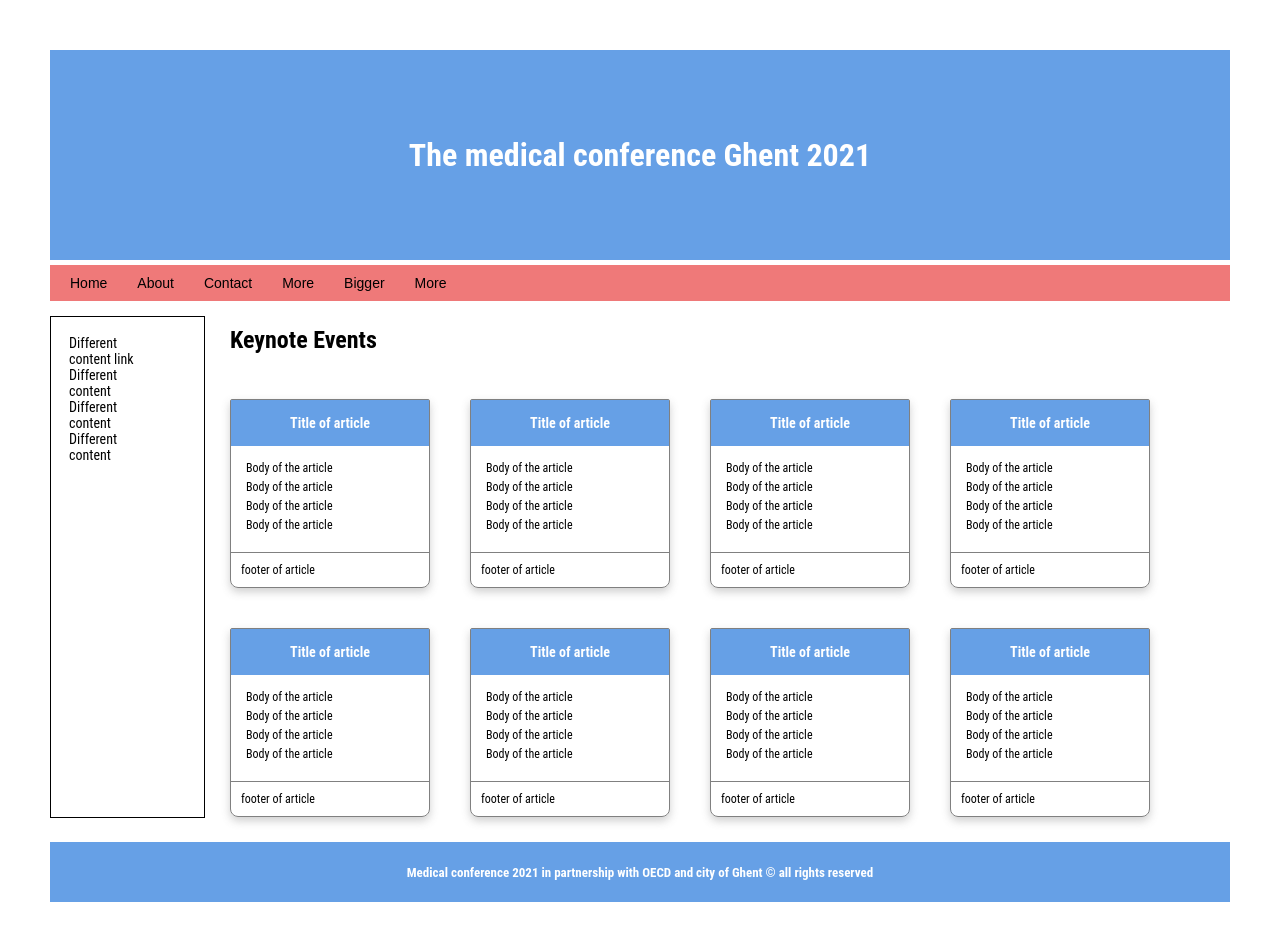
Repository: balderb/freestyle_pp_assessment
Page: index.html
An editor plug-in stored every save of this project. The page is shown before and after the next save, followed by the edit.
The browser window is 1280 px wide. The pictures show the whole page.

Above is the page before, as saved 2020-12-14 17:46:37.

### index.html
<!DOCTYPE html>
<html>

<head>
  <meta name="viewport" content="width=device-width, initial-scale=1" />
  <title>Medical conference</title>
  <link rel="icon" href="./img/shield.png">
  <link rel="stylesheet" href="css/base.css">
  <link rel="stylesheet" href="css/main.css">
  <!-- Remove this line for offline development: -->
  <link href="https://fonts.googleapis.com/css?family=Ubuntu:300" rel="stylesheet">
</head>

<body>
  <div class="grid">
    <header class="header">
      <h1>The medical conference Ghent 2021</h1>
    </header>
    <nav class="main-nav">
      <ul>
        <li><a href="#">Home</a></li>
        <li><a href="#"> About</a></li>
        <li><a href="#"> Contact</a></li>
        <li><a href="#"> More</a></li>
        <li><a href="#"> Bigger</a></li>
        <li><a href="#"> More</a></li>
      </ul>
    </nav>
    <aside class="sidebar">
      <p>Different</p>
      <p>content link</p>
      <p>Different</p>
      <p>content</p>
      <p>Different</p>
      <p>content</p>
      <p>Different</p>
      <p>content</p>
    </aside>
    <footer class="footer">
      <h4>Medical conference 2021 in partnership with OECD and city of Ghent &copy all rights reserved</h4>
    </footer>
    <!-- subgrid/flex html design -->
    <div class="content-title">
      <h2>Keynote Events</h2>
    </div>
    <main class="content">
      <div class="subgrid">
        <div class="card">
          <h3 class="card-title">Title of article</h3>
          <div class="card-body">
            <p class="card-text">Body of the article</p>
            <p class="card-text">Body of the article</p>
            <p class="card-text">Body of the article</p>
            <p class="card-text">Body of the article</p>
          </div>
          <footer class="card-footer">footer of article</footer>
        </div>
        <div class="card">
          <h3 class="card-title">Title of article</h3>
          <div class="card-body">
            <p class="card-text">Body of the article</p>
            <p class="card-text">Body of the article</p>
            <p class="card-text">Body of the article</p>
            <p class="card-text">Body of the article</p>
          </div>
          <footer class="card-footer">footer of article</footer>
        </div>
        <div class="card">
          <h3 class="card-title">Title of article</h3>
          <div class="card-body">
            <p class="card-text">Body of the article</p>
            <p class="card-text">Body of the article</p>
            <p class="card-text">Body of the article</p>
            <p class="card-text">Body of the article</p>
          </div>
          <footer class="card-footer">footer of article</footer>
        </div>
        <div class="card">
          <h3 class="card-title">Title of article</h3>
          <div class="card-body">
            <p class="card-text">Body of the article</p>
            <p class="card-text">Body of the article</p>
            <p class="card-text">Body of the article</p>
            <p class="card-text">Body of the article</p>
          </div>
          <footer class="card-footer">footer of article</footer>
        </div>
        <div class="card">
          <h3 class="card-title">Title of article</h3>
          <div class="card-body">
            <p class="card-text">Body of the article</p>
            <p class="card-text">Body of the article</p>
            <p class="card-text">Body of the article</p>
            <p class="card-text">Body of the article</p>
          </div>
          <footer class="card-footer">footer of article</footer>
        </div>
        <div class="card">
          <h3 class="card-title">Title of article</h3>
          <div class="card-body">
            <p class="card-text">Body of the article</p>
            <p class="card-text">Body of the article</p>
            <p class="card-text">Body of the article</p>
            <p class="card-text">Body of the article</p>
          </div>
          <footer class="card-footer">footer of article</footer>
        </div>

        <div class="card">
          <h3 class="card-title">Title of article</h3>
          <div class="card-body">
            <p class="card-text">Body of the article</p>
            <p class="card-text">Body of the article</p>
            <p class="card-text">Body of the article</p>
            <p class="card-text">Body of the article</p>
          </div>
          <footer class="card-footer">footer of article</footer>
        </div>
        <div class="card">
          <h3 class="card-title">Title of article</h3>
          <div class="card-body">
            <p class="card-text">Body of the article</p>
            <p class="card-text">Body of the article</p>
            <p class="card-text">Body of the article</p>
            <p class="card-text">Body of the article</p>
          </div>
          <footer class="card-footer">footer of article</footer>
        </div>
      </div>
  </div> <!-- the closing div of the subgrid -->
  </div>
  </main>
  </div>
</body>

</html>

### css/base.css
a:hover {
    text-decoration: underline;
  }

  .grid>* {
    color: white;
    /* border: 1px solid black; */
    /*margin: 10px;*/
    text-align: center;
  }

### css/main.css
/* Put your code here */

* {
    margin: 0;
    padding: 0;
    color: black;
    box-sizing: border-box;
    font-family: "Roboto Condensed", sans-serif;
}

body {
    margin-top: 0ch;
    padding: 50px;
}

h1 {
    color: white;
}

h2 {
    text-align: left;
}

ul li {
    text-decoration: none;
    list-style: none;
    display: inline-block;
    float: left;
    padding: 10px;
}

a {
    display: block;
    font-size: 14px;
    text-decoration: none;
    font-family: Arial;
    padding-left: 10px;
}

h4 {
    color: white;
}

.grid {
    display: grid;
    /* explicit grid */
    grid-gap: 5px;
    grid: 0.4fr 0.07fr 0.1fr auto 0.1fr / 155px auto;
    grid-template-areas:
        "h h"
        "n n"
        "s t"
        "s c"
        "f f";
    grid-template-rows: auto;
    /* min-height: 100vh; */
}

.header {
    display: flex;
    min-height: 210px;
    justify-content: center;
    align-items: center;
    grid-area: h;
    background-color: #66a0e6;
}

.main-nav {
    grid-area: n;
    padding: 0px;
    background: rgb(239, 121, 121);
}

.content {
    grid-area: c;
    padding: 0px;
}

.sidebar {
    grid-area: s;
    border: 1px solid black;
    padding: 18px;
    margin-top: 10px;
    margin-bottom: 19px;
    text-align: left;
    font-size: 14px;
}

.sidebar {
    grid-area: s;
}

.footer {
    grid-area: f;
    background-color: #66a0e6;
    font-size: 13px;
    min-height: 60px;
    display: flex;
    justify-content: center;
    align-items: center;
}

.content-title {
    grid-area: t;
    padding: 20px;
}

.subgrid {
    display: flex;
    justify-content: left;
    flex-wrap: wrap;
    font-size: 12px;
}

.card {
    border: 1px solid grey;
    padding: 0px;
    margin: 20px;
    font-family: arial;
    border-radius: 2px 2px 8px 8px;
    box-shadow: 0 4px 8px 0 rgba(98, 98, 98, 0.3);
    transition: 0.3s;
    width: 200px;
    height: auto;
    /* min width apply possible */
}

.card-title {
    padding: 15px;
    color: white;
    text-align: center;
    background-color: #66a0e6;
    /* make background image */
}

.card-body {
    padding: 15px;
    text-align: left;
}

.card-text {
    padding-bottom: 5px;
}

.card-footer {
    padding: 10px;
    text-align: left;
    border-top: 1px solid grey;
}

/* MEDIA QUERIES FOR RESPONSIVE DESIGN W/ flex box */
/* responsiveness of the page */

/* for tablet */

@media only screen and (min-width: 768px) and (max-width : 1023px) {
    .grid {
        grid-template-columns: 1fr;
        grid-template-rows: auto auto auto auto auto auto;
        grid-template-areas:
            "h"
            "n"
            "s"
            "t"
            "c"
            "f";
    }

    .subgrid {
        display: flex;
        flex-wrap: wrap;
    }

    .subgrid>.card {
        flex-basis: 30%;
        flex-grow: 1;
    }
}

/* for mobile */

@media only screen and (max-width: 767px) {

    .grid {
        display: grid;
        grid-template-columns: 1fr;
        grid-template-areas:
            "h"
            "n"
            "s"
            "t"
            "c"
            "f";
    }

    .subgrid {
        display: flex;
        flex-wrap: wrap;
    }

    .subgrid>.card {
        flex-basis: 35%;
        flex-grow: 1;
    }
}

After the next save:
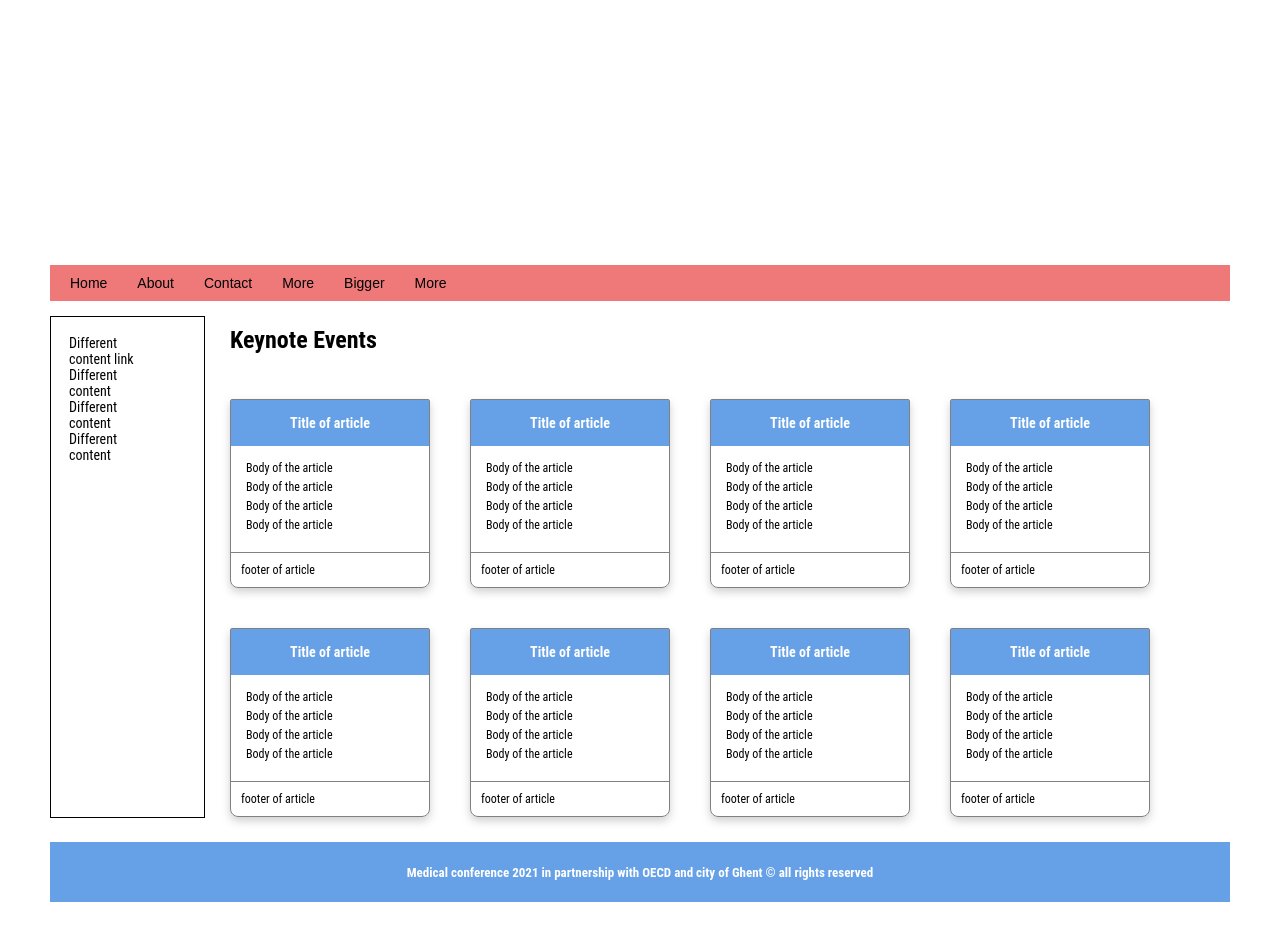
Saved 3 min 18 s later.
--- a/css/main.css
+++ b/css/main.css
@@ -62,7 +62,7 @@ h4 {
     justify-content: center;
     align-items: center;
     grid-area: h;
-    background-color: #66a0e6;
+    background-image:  ;
 }
 
 .main-nav {
